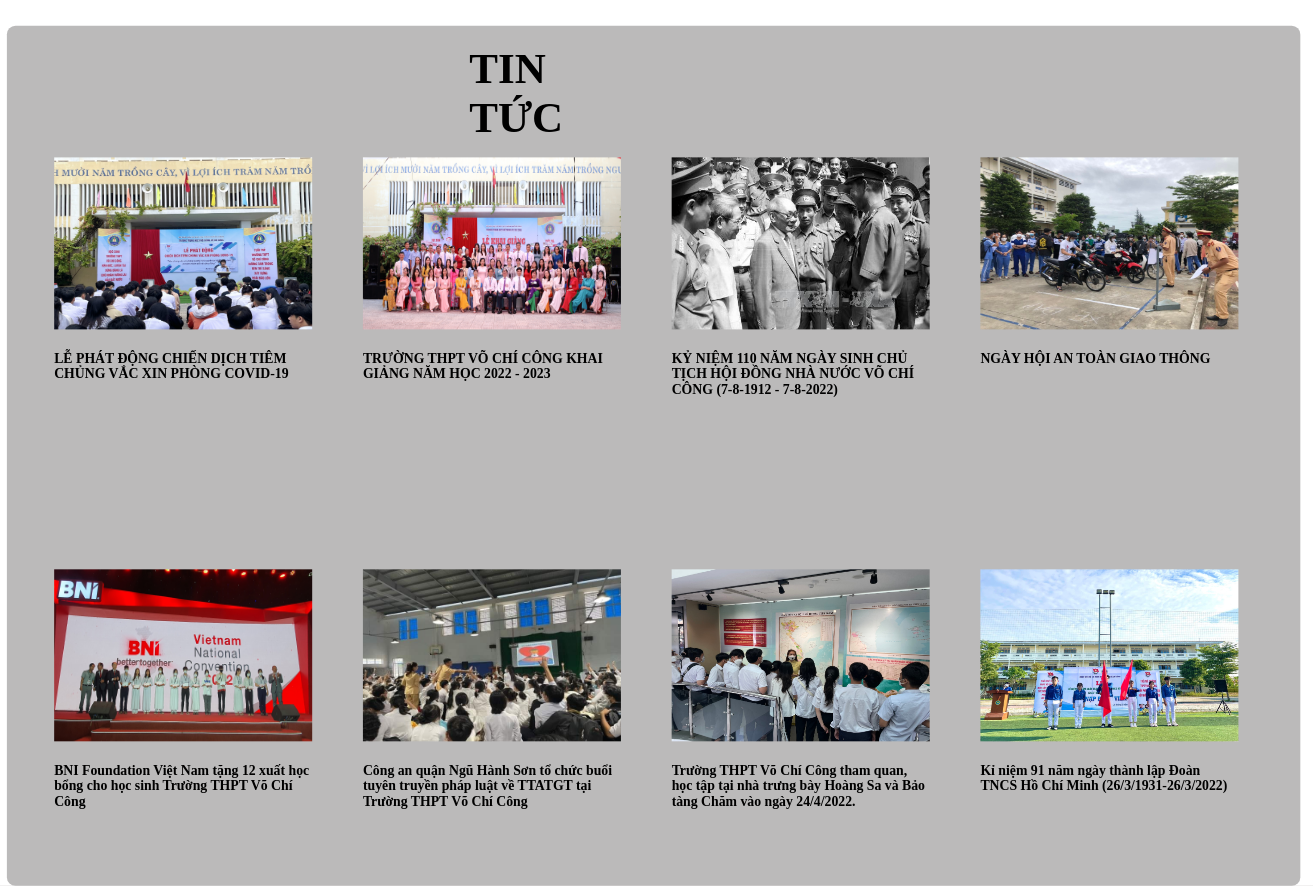
Repository: dphasst17/THPTVCC
Page: new/new_content/new_content_home.html
These files come from the project's save history. The page is drawn as it stood at one moment and after the next save; the edit follows.
The browser window is 1280 px wide. The page is 1527 px wide, so the pictures cover 1527 px, including what lies to the right of the window. The pictures show the whole page, at 86% of full size.

Above is the page before, as saved 2022-10-13 11:04:14.

After the next save:
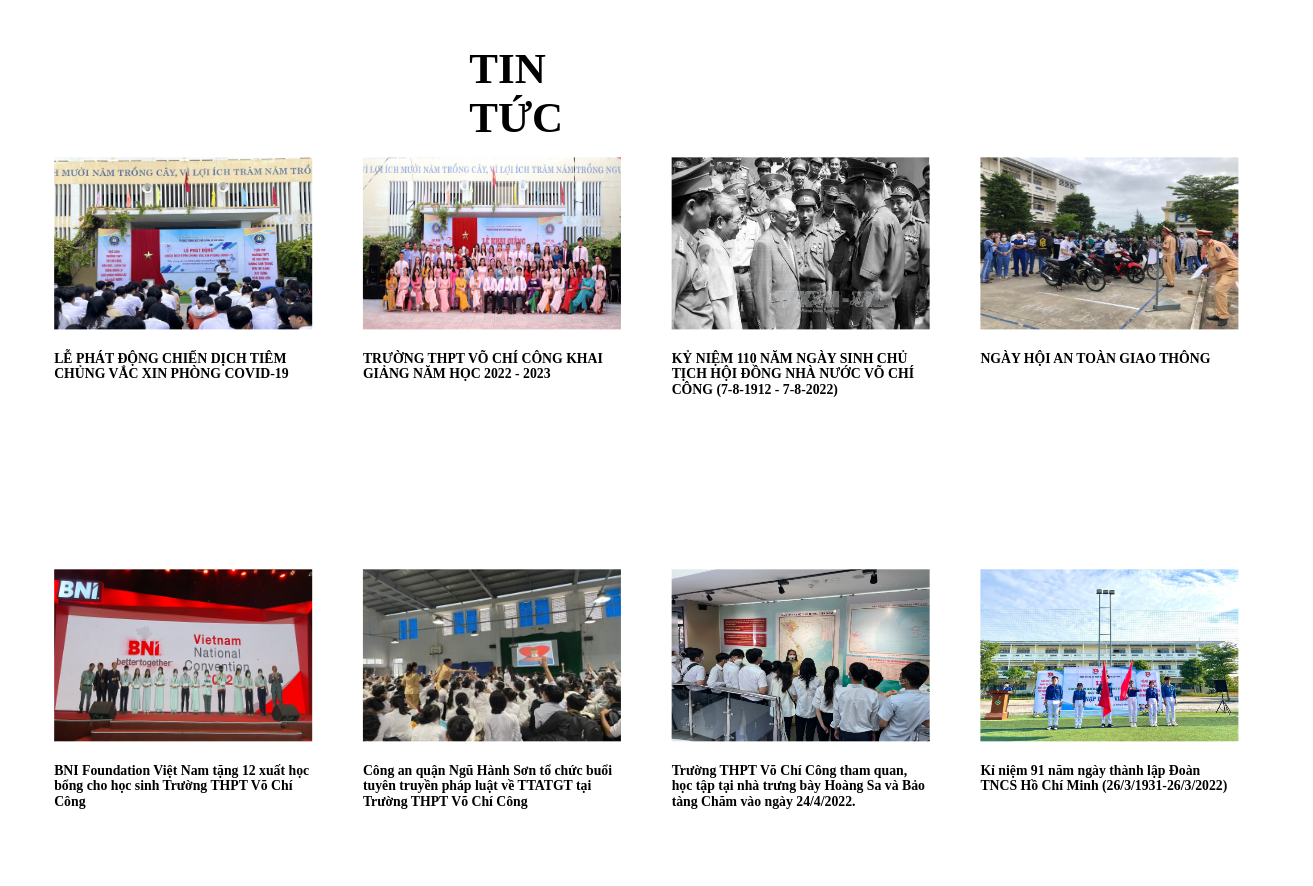
Saved 45 s later.
--- a/new/new_content/new_content_home.html
+++ b/new/new_content/new_content_home.html
@@ -15,7 +15,6 @@
         .new_body{
             width:99%;
             height:1000px;
-            background-color:rgb(187, 186, 186);
             overflow: hidden;
             border-radius:10px;
             margin-top:30px;
